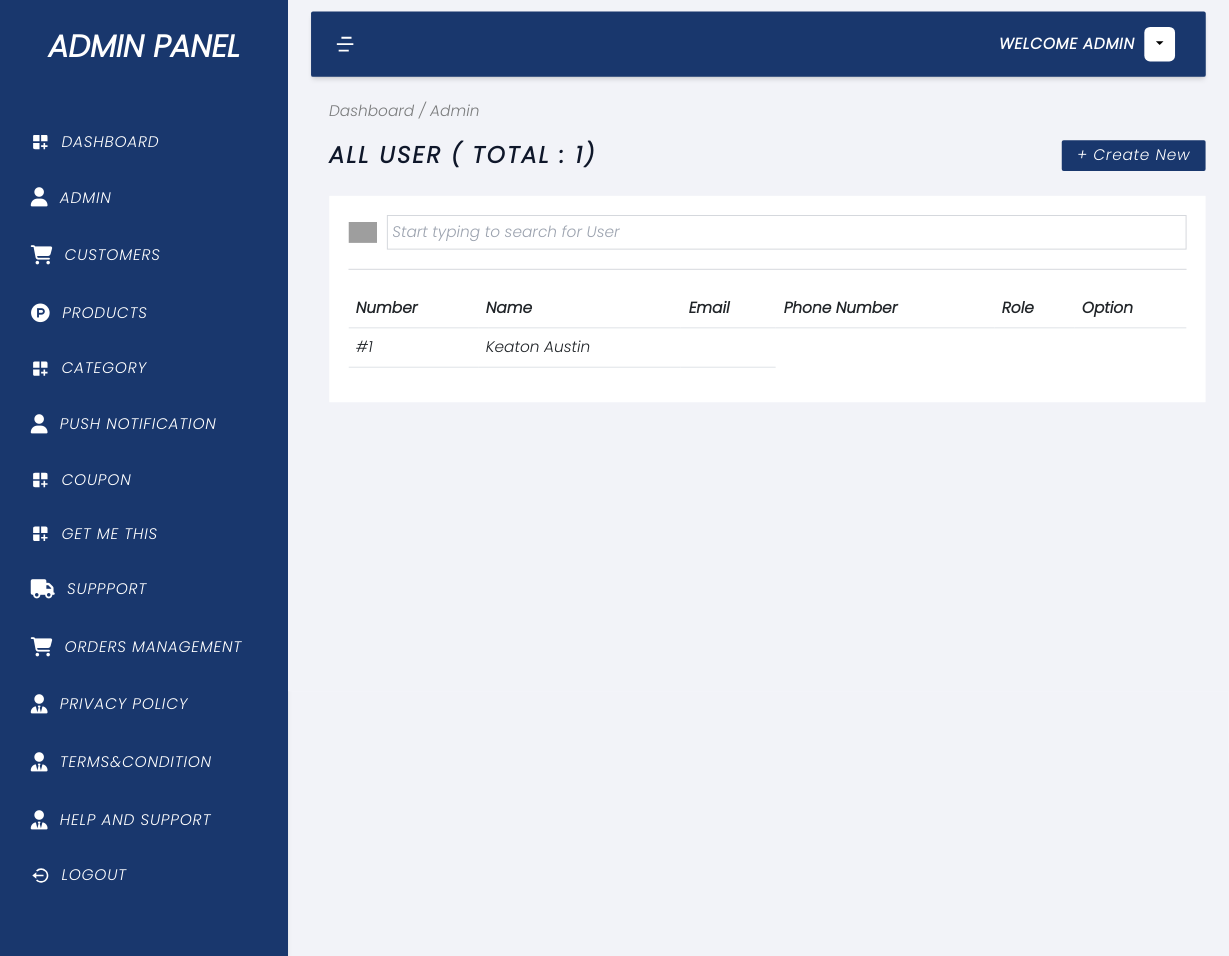
Repository: arpanmalik/project-khanna
Page: /Admin
The author's editor kept a copy of each file at every save. The page is drawn from the files as they stood at one save, then again after a run of saves.
The browser window is 1280 px wide. The pictures show the whole page, at 96% of full size.
Pictures or frames that could not be fetched are drawn as grey boxes. Some web libraries are served in a nearby version. The project was rebuilt for these pictures with package versions that can differ from the ones it lists, and the page was loaded fresh each time. Also part of the build but not shown: src/E-CommerceAdmin/forms/Login.jsx, src/E-CommerceAdmin/pages/Dashboard.jsx, src/E-CommerceAdmin/pages/ECategory.js, src/E-CommerceAdmin/pages/EProduct.js, src/E-CommerceAdmin/pages/EVendorList.js, src/E-CommerceAdmin/pages/EAdminOrders.js, src/E-CommerceAdmin/pages/EAdminProduct.js, src/E-CommerceAdmin/pages/EAdminDelivery.js and 11 more. Imported but missing from the stored project, and not drawn on this page: src/E-CommerceAdmin/pages/Component/SpinnerComp, src/E-CommerceVendor/forms/EVendorLogin, src/E-CommerceVendor/pages/EVCategory, src/E-CommerceVendor/pages/EVCoupon, src/E-CommerceVendor/pages/EVDashboard, src/E-CommerceVendor/pages/EVOrders, src/E-CommerceVendor/pages/EVProduct, src/E-CommerceVendor/pages/EVSubCategory.

Above is the page before, as saved 2023-05-16 15:06:48.

After the next 2 saves:
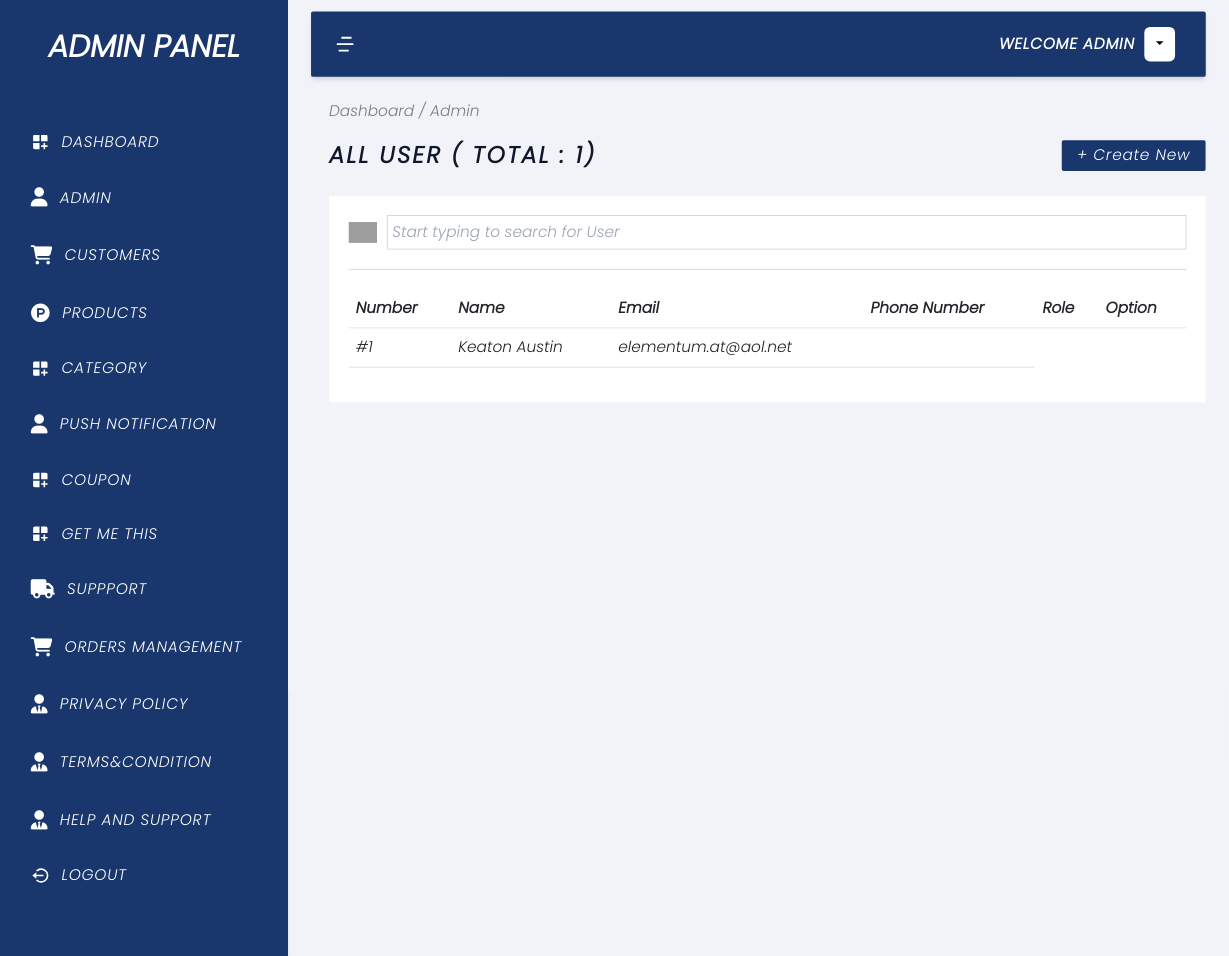
The 2 saves are shown as one change because they came seconds apart.
The last was saved 8 s later.
--- a/src/E-CommerceAdmin/pages/EAdmin.js
+++ b/src/E-CommerceAdmin/pages/EAdmin.js
@@ -175,6 +175,7 @@ const EAdmin = () => {
                   <tr>
                     <td>#1</td>
                     <td>Keaton Austin</td>
+                    <td>elementum.at@aol.net</td>
                     <td></td>
                   </tr>
                 </tbody>
